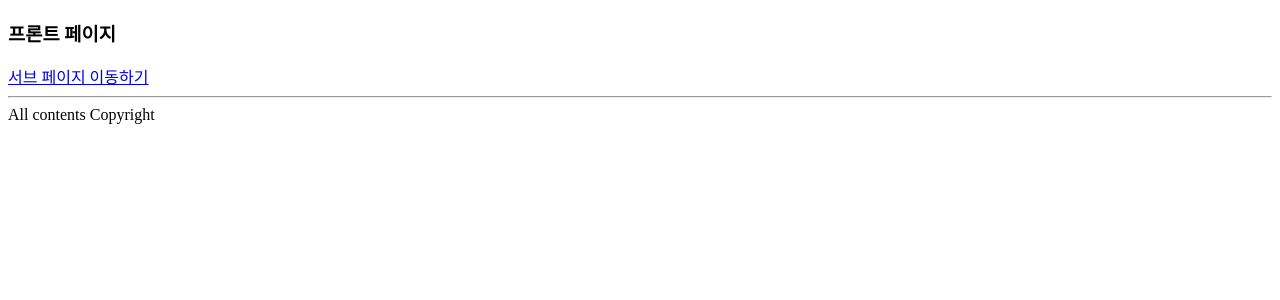
Repository: yjeongyjeong/jsp
Page: http://localhost/web-study-03/main.jsp
These files come from the project's save history. The page is drawn as it stood at one moment and after the next save; the edit follows.
The browser window is 1280 px wide. The pictures show the whole page.
The page is served by Tomcat 9.

Above is the page before, as saved 2023-10-11 01:12:03.

After the next save:
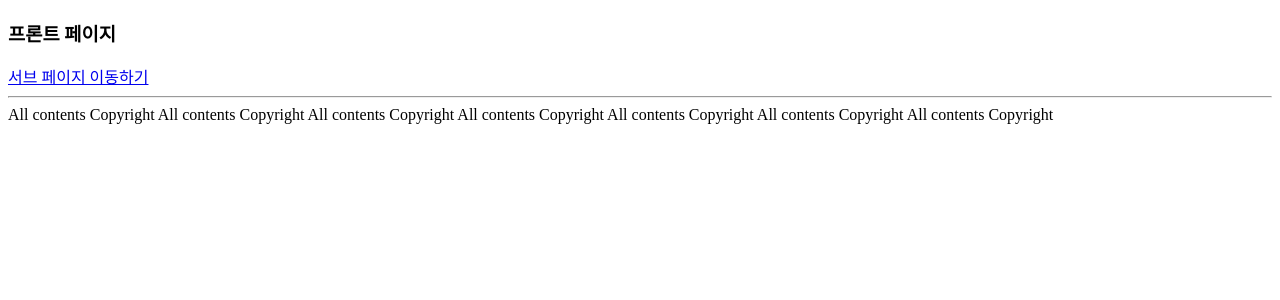
Saved 9 s later.
--- a/web-study-03/src/main/webapp/footer.jsp
+++ b/web-study-03/src/main/webapp/footer.jsp
@@ -3,6 +3,6 @@
 
 <hr>
 <div id="copyright">
-	All contents Copyright
+	All contents Copyright All contents Copyright All contents Copyright All contents Copyright All contents Copyright All contents Copyright All contents Copyright
 
 </div>
